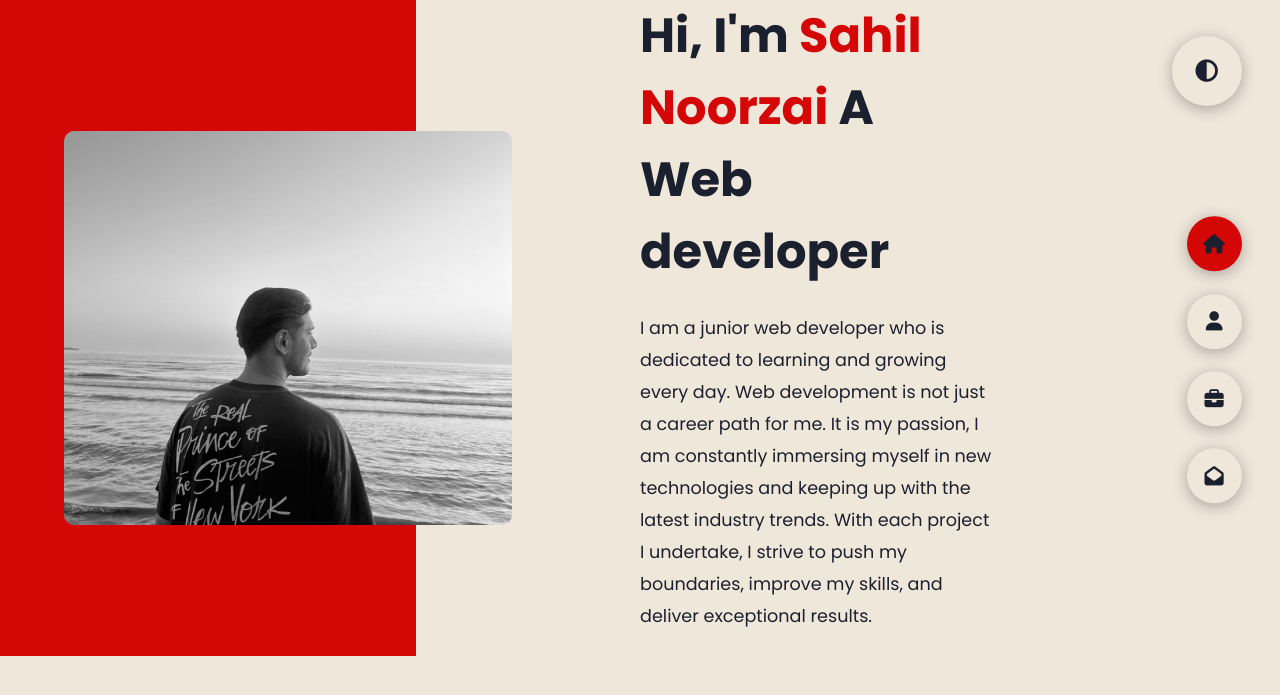
Repository: nftGambler/noorzai-portfolio
Page: index.html
The author's editor kept a copy of each file at every save. The page is drawn from the files as they stood at one save, then again after the next save.
The browser window is 1280 px wide. The pictures show the whole page.
After loading, the first visible `div.theme-btn` was clicked once.
The style sheet was rebuilt from its Sass, Less or Tailwind sources for each picture, by a compiler version that may differ from the author's.

Above is the page before, as saved 2023-11-23 21:37:01.

### index.html
<!DOCTYPE html>
<html lang="en">
<head>



  <link rel="stylesheet" href="https://cdnjs.cloudflare.com/ajax/libs/font-awesome/6.4.0/css/all.min.css" integrity="sha512-iecdLmaskl7CVkqkXNQ/ZH/XLlvWZOJyj7Yy7tcenmpD1ypASozpmT/E0iPtmFIB46ZmdtAc9eNBvH0H/ZpiBw==" crossorigin="anonymous" referrerpolicy="no-referrer">
  <link rel="stylesheet" href="/style/styles.css">
  <link rel="preconnect" href="https://fonts.googleapis.com">
  <link rel="preconnect" href="https://fonts.gstatic.com" crossorigin>
  <link href="https://fonts.googleapis.com/css2?family=Poppins:wght@400;500;600;700;800&display=swap" rel="stylesheet">
  <meta charset="UTF-8">
  <meta http-equiv="X-UA-Compatible" content="IE=edge">
  <meta name="viewport" content="width=device-width, initial-scale=1.0">
  <title>Portfolio</title>
</head>
<body class="main-content">

<header class="section sec1 header active" id="home">
  <div class="header-content">
    <div class="left-header">
      <div class="h-shape"></div>
      <div class="image">
        <img src="/images/D34CA683-6714-454B-97C2-18B314A18C3F_1_105_c.jpeg">
      </div>


    </div>
    <div class="right-header">
  <h1 class="name">Hi, I'm <span>Sahil Noorzai</span> A Web developer</h1>
  <p>
    I am a junior web developer who is dedicated to learning and growing
    every day. Web development is not just a career path for me. It is my passion, I am constantly
    immersing myself in new technologies and keeping up with the latest industry trends.
    With each project I undertake, I strive to push my boundaries, improve my skills, and deliver exceptional results.
  </p>

    </div>
  </div>

</header>

<main>
  <section class="section sec2 about" id="about">

    <div class="main-title">
        <h2>About <span>me</span> <span class="bg-text"></span></h2>
    </div>

    <div class="about-container">
      <div class="left-about">
        <h4>Information About me</h4>
        <p>
          As a passionate front-end developer, I have embarked on an inspiring self-taught
          journey for the past 1.5 years. Motivated by deep curiosity for web development and a desire
          to expand my skillset, I have dedicated countless hours to honing my craft independently. Throughout this time,
          I have proactively sought out a diverse range of resources, online tutorials, and coding communities, which have played
          a pivotal role in shaping my expertise. From humble beginnings to successfully completing numerouse personal projects, each step
          of this transformative journey has reinforced my adaptabillity, resourcefulness, and unwavering commitment to excellence in front-end development.
        </p>

        <div class="btn-con">

        </div>

      </div>

      <div class="right-about">
        <div class="about-item">
          <div class="abt-text">
            <p class="large-text">Javascript</p>

          </div>
        </div>
        <div class="about-item">
          <div class="abt-text">
            <p class="large-text">React JS</p>

          </div>
        </div>
        <div class="about-item">
          <div class="abt-text">
            <p class="large-text">HTML/HTML5</p>

          </div>
        </div>
        <div class="about-item">
          <div class="abt-text">
            <p class="large-text">CSS/Tailwind-CSS</p>

          </div>
        </div>
      </div>

    </div>

    <div class="about-stats">
      <h4 class="stat-title">My Skills</h4>
  </section>


  <section class="section sec3 portfolio" id="portfolio">

  <div class="main-title">
      <h2>My <span>Portfolio</span><span class="bg-text"></span></h2>
  </div>
  <p class="port-text">
    Several hands-on projects from reputable online courses and tutorials.
  </p>

<div class="portfolios">



  <div class="portfolio-item">
    <div class="image">
      <img src="/images/pngwing.com-3.png" alt="">
    </div>
    <div class="hover-items">

      <h3>Project Source</h3>
      <div class="icons">
        <a class="icon" href="https://countriesrestapiproject.netlify.app" target="_blank">
          <i class="fab fa-github"></i>
        </a>
      </div>

    </div>


  </div>


  <div class="portfolio-item">
    <div class="image">
      <img src="/images/crypto.png" alt="">
    </div>
    <div class="hover-items">

      <h3>Project Source</h3>
      <div class="icons">
        <a class="icon" href="https://crypto-project-portfolio.netlify.app" target="_blank">
          <i class="fab fa-github"></i>
        </a>
      </div>

    </div>


  </div>





  <div class="portfolio-item">
    <div class="image">
      <img src="/images/6831872.png" alt="">
    </div>
    <div class="hover-items">

      <h3>Project Source</h3>
      <div class="icons">
        <a class="icon" href="https://nftgambler.github.io/Game/" target="_blank">
          <i class="fab fa-github"></i>
        </a>
      </div>

    </div>


  </div>


  <div class="portfolio-item">
    <div class="image">
      <img src="/images/pngwing.com (1).png" alt="">
    </div>
    <div class="hover-items">

      <h3>Project Source</h3>
      <div class="icons">
        <a class="icon" href="https://amazon-portfolio-project.netlify.app/" target="_blank">
          <i class="fab fa-github"></i>
        </a>
      </div>

    </div>


  </div>


  <div class="portfolio-item">
    <div class="image">
      <img src="/images/youtube-logo-png-2067.png" alt="">
    </div>
    <div class="hover-items">

      <h3>Project Source</h3>
      <div class="icons">
        <a class="icon" href="https://youtube-portfolio-project.netlify.app" target="_blank">
          <i class="fab fa-github"></i>
        </a>
      </div>

    </div>


  </div>




  <div class="portfolio-item">
    <div class="image">
      <img src="/images/icons8-pair-app-500.png" alt="">
    </div>
    <div class="hover-items">

      <h3>Project Source</h3>
      <div class="icons">
        <a class="icon" href="https://small-api-project.netlify.app" target="_blank">
          <i class="fab fa-github"></i>
        </a>
      </div>

    </div>


  </div>
</div>


  </section>


  <section class="section sec5 contacts" id="contact">

    <div class="contact-container">
      <div class="main-title">
        <h2>Contact<span>Me</span><span class="bg-text"></span></h2>
      </div>
      <div class="contact-content-container">
        <div class="left-contact">

          <div class="contact-info">
            <div class="contact-item">
              <div class="icon">
                <i class="fas fa-envelope"></i>
                <span>Email</span>
              </div>
              <p>
                <span>sharo.s.n@hotmail.com</span>
              </p>
            </div>

            <div class="contact-item">
              <div class="icon">
                <i class="fas fa-user-graduate"></i>
                <span>Mobile Number</span>
              </div>
              <p>
                <span>438-528-6982</span>
              </p>
            </div>


            <div class="contact-item">
              <div class="icon">
                <i class="fas fa-map-marker-alt"></i>
                <span>Location</span>
              </div>
              <p>
                <span>
                  Montreal, Canada
                </span>
              </p>
            </div>


            <div class="contact-item">
              <div class="icon">
                <i class="fa-solid fa-globe"></i>
                <span>Languages</span>
              </div>
              <p>
                <span>
                  German, Persian, English
                </span>
              </p>
            </div>
          </div>



        </div>



          <div class="right-contact">

            <form action="mailto:sharo.s.n@hotmail.com" method="post" enctype="text/plain">
              <div class="form-group">
                <label for="name">Name:</label>
                <input class="input-control" type="text" id="name" name="name" required>
              </div>
              <div class="form-group">
                <label for="email">Email:</label>
                <input class="input-control" type="email" id="email" name="email" required>
              </div>
              <div class="form-group">
                <label for="message">Message:</label>
                <textarea class="input-control" id="message" name="message" rows="4" required></textarea>
              </div>
              <button class="submit-btn" type="submit">Send</button>
            </form>
          </div>




      </div>

    </div>

  </section>


</main>


<div class="controlls">
  <div class="control control-1 active-btn" data-id="home">
    <i class="fas fa-house"></i>
  </div>
  <div class="control control-2" data-id="about">
    <i class="fas fa-user"></i>
  </div>
  <div class="control control-3" data-id="portfolio">
    <i class="fas fa-briefcase"></i>
  </div>
  <div class="control control-5" data-id="contact">
    <i class="fas fa-envelope-open"></i>
  </div>
</div>

<div class="theme-btn">
  <i class="fas fa-adjust"></i>
</div>




<script src="/app.js"></script>
</body>
</html>

### app.js
const sections = document.querySelectorAll(".section");
const sectBtns = document.querySelectorAll(".controlls");
const allSections = document.querySelectorAll(".main-content");

function PageTransition() {
  // Button click active class
  const sectBtn = document.querySelectorAll(".control");

  for (let i = 0; i < sectBtn.length; i++) {
    sectBtn[i].addEventListener('click', function(){
      let currentBtn = document.querySelector('.active-btn');
      if (currentBtn) {
        currentBtn.classList.remove('active-btn');
      }
      this.classList.add('active-btn');
    });

  }

  allSections.forEach((section) => {
    section.addEventListener('click', (e) => {
      const id = e.target.dataset.id;
      if (id) {
        sectBtns.forEach((btn) => {
          btn.classList.remove('active');
        });
        e.target.classList.add('active');

        sections.forEach((section) => {
          section.classList.remove('active');
        });
        const element = document.getElementById(id);
        element.classList.add('active');
      }
    });
  });
  //Toggle theme
  const themeBtn = document.querySelector('.theme-btn');
  themeBtn.addEventListener('click', () => {
    let element = document.body;
    element.classList.toggle('light-mode')
  })
}

PageTransition();

### style/styles.scss


* {
  margin: 0;
  padding: 0;
  box-sizing: border-box;
  list-style: none;
}


:root {
  --color-primary: #191d2d;
  --color-secondary: #d50606;
  --color-white: #FFFFFF;
  --color-black: #000;
  --color-grey0: #f8f8f8;
  --color-grey-1: #dbe1e8;
  --color-grey-2: #b2becd;
  --color-grey-3: #6c7983;
  --color-grey-4: #454e56;
  --color-grey-5: #2a2e35;
  --color-grey-6: #12181b;
  --br-sm-2: 14px;
  --box-shadow-1: 0 3px 15px rgba(0,0,0,.3)
}

.light-mode{
  --color-primary: rgb(240,231,219);
  --color-secondary: #d50606;
  --color-white: rgb(27,32,47);
  --color-black: #000;
  --color-grey0: #f8f8f8;
  --color-grey-1:rgb(27,32,47);
  --color-grey-2: rgb(27,32,47);
  --color-grey-3: rgb(27,32,47);
  --color-grey-4: rgb(240,231,219);
  --color-grey-5:  rgb(240,231,219);
  --color-grey-6: #12181b;
}



body {
  background-color: var(--color-primary);
  font-size: 1.1rem;
  font-family: 'Poppins', sans-serif;
  color: var(--color-white);
  transition: all .4s ease-in-out;
}

a{
  display: inline-block;
  text-decoration: none;
  color: inherit;
  font-family: inherit;
}

header {
  min-height: 100vh;
  color: var(--color-white);
  overflow: hidden;
}

section {
  min-height: 100vh;
  width: 100%;
  position: absolute;
  left: 0;
  top: 0;
  padding: 3rem 18rem;
}


.section{
  transform: translateY(-100);
  transition: all .4s ease-in-out;
  background-color: var(--color-primary);
}

.sec1{
  display: none;
  transform: translateY(0) scale(1);

}

.sec2{
  display: none;
  transform: translateY(0) scale(1);
}

.sec3{
  display: none;
  transform: translateY(0) scale(1);
}

.sec4{
  display: none;
  transform: translateY(0) scale(1);
}

.sec5{
  display: none;
  transform: translateY(0) scale(1);
}

.active{
  display: block;
  animation: scaleAnim 1s ease-in-out;
  @keyframes scaleAnim {
    0%{
      transform: translateY(-100%) scale(0)
    }

     100%{
      transform: translateY(0) scaleY(1);
     }

  }
}


//controls

.controlls{
  position: fixed;
  z-index: 10;
  top: 50%;
  right: 3%;
  display: flex;
  flex-direction: column;
  align-items: center;
  justify-content: center;
  transform: translateY(-50%);



  .active-btn{
    background-color: var(--color-secondary) !important;
    transition: all .4s ease-in-out;
    i{
      color: var(--color-white) !important;
    }
  }

  .control {
    padding: 1rem;
    cursor: pointer;
    background-color: var(--color-grey-4);
    width: 55px;
    height: 55px;
    border-radius: 50%;
    display: flex;
    justify-content: center;
    align-items: center;
    margin: .7rem 0;
    box-shadow: var(--box-shadow-1);
    i{
      font-size: 1.2rem;
      color: var(--color-grey-2);
      pointer-events: none;
    }
  }
}


.theme-btn{
top: 5%;
right: 3%;
width: 70px;
height: 70px;
border-radius: 50%;
background-color: var(--color-grey-4);
cursor: pointer;
position: fixed;
display: flex;
justify-content: center;
align-items: center;
box-shadow: 0 3px 15px rgba(0,0,0,.3);
transition: all .1s ease-in-out;
&:active{
  transform: translateY(-5px);
}
i{
  font-size: 1.4rem;
  color: var(--color-grey-2);
  pointer-events: none;
}
}




.header-content {
  display: grid;
  grid-template-columns: repeat(2, 1fr);
  min-height: 100%;
  .left-header {
    display: flex;
    align-items: center;
    position: relative;
    .h-shape {
      transition: all .4s ease-in-out;
      width: 65%;
      height: 100%;
      background-color: var(--color-secondary);
      position: absolute;
      left: 0;
      top: 0;
      z-index: -1;
      // clip-path: polygon(0 0, 56% 0, 76% 100%, 18% 100%);


    }
    .image {
      border: var(--br-sm-2);
      height: 60%;
      width: 70%;
      margin-left: 4rem;
      // background-color: var(--color-black);
      transition: all .4s ease-in-out;
      border-radius: 10px;
      img {
        width: 100%;
        height: 100%;
        object-fit: cover;
        transition: all .4s ease-in-out;
        border-radius: 10px;


        filter: grayscale(100%);
        &:hover {
          filter: grayscale(0);
        }
      }
    }
  }


  .right-header {
    display: flex;
    flex-direction: column;
    justify-content: center;
    padding-right: 18rem;
    .name {
      font-size: 3rem;

      span{
        color: var(--color-secondary);
      }
    }
    p{
      margin: 1.5rem 0;
      line-height: 2rem;
    }
  }
}



//About

.about-container{
  display: grid;
  grid-template-columns: repeat(2, 1fr);
  padding-top: 3.5rem;
  padding-bottom: 5rem;
  .right-about {
    display: grid;
    grid-template-columns: repeat(2, 1fr);
    grid-gap: 2rem;
    .about-item {
      border: 1px solid var(--color-grey-5);
      border-radius: 5px;
      transition: all .4s ease-in-out;
      box-shadow: 1px 2px 15px rgba(0,0,0,.1);
      &:hover {
        cursor: default;
        transform: translateY(-5px);
        border: 1px solid var(--color-secondary);
        box-shadow: 1px 2px 15px rgba(0,0,0,.32);

      }
      .abt-text{
        padding: 1.5rem;
        display: flex;
        flex-direction: column;
        .large-text{
          margin: auto;
          font-size: 2.5rem;
          font-weight: 700;
          color: var(--color-secondary);
        }
        .small-text{
          padding-left: 3rem;
          position: relative;
          text-transform: uppercase;
          font-size: 1.2rem;
          color: var(--color-grey-1);
          letter-spacing: 2px;
          &::before{
            content: '';
            position: absolute;
            left: 0;
            top: 15px;
            width: 2rem;
            height: 2px;
            background-color: var(--color-grey-5);
          }
        }
      }
    }
  }


  .left-about{
    padding-right: 5rem;
    p{
      line-height: 2rem;
      padding: 1rem;
      color: var(--color-grey-1);
    }
    h4{
      font-size: 2rem;
      text-transform: uppercase;
    }
  }
}


.stat-title {
  text-transform: uppercase;
  font-size: 1.4rem;
  text-align: center;
  padding: 3.5rem 0;
  position: relative;
  // gray line
  &::before{
    content: '';
    position: absolute;
    left: 50%;
    top: 0;
    width: 40%;
    height: 1px;
    background-color: var(--color-grey-5);
    transform: translateX(-50%);
  }
}







//Contact section

.contact-content-container {

  display: flex;
  padding-top: 3.5rem;
  flex-direction: column;
  .left-contact {
    flex: 2;
    h4{
      margin-top: 1rem;
      font-size: 2rem;
      text-transform: uppercase;
    }
    p {
      margin: 1rem 0;
      line-height: 2rem;
    }

    .contact-info{
      .contact-item{
        display: flex;
        align-items: center;
        justify-content: space-between;


        p{
          margin: .3rem 0 !important;
          padding: 0 !important;
        }
        .icon{
          display: grid;
          grid-template-columns: 40px 1fr;
          i{
            display: flex;
            align-items: center;
            font-size: 1.3rem;
          }
        }
      }
    }
    .contact-icon{
      display: flex;
      margin: 2rem;

    }
  }

  .right-contact {
    display: flex;
    flex-direction: column;
    max-width: 500px;
    margin-top: 10rem;


    .input-control {

      background-color: var(--color-grey-5);
      border: none;
      border-radius: 30px;
      font-weight: inherit;
      font-size: inherit;
      font-family: inherit;
      padding: .8rem 1.1rem;
      outline: none;
      width: 100%;
      color: var(--color-white);
      resize: none;
    }
  }

  .submit-btn{

        display: flex;
        justify-content: flex-start;
        padding: .4rem 2rem;
        border-radius: 20px;
        border: none;
        background-color: var(--color-grey-5);
        color: white;
      }



}









/*Independent components*/
.btn-con{
  display: flex;
  align-self: flex-start;
}
.main-btn {
  border-radius: 30px;
  color: inherit;
  font-weight: 600;
  position: relative;
  border: 1px solid var(--color-secondary);
  display: flex;
  align-self: flex-start;
  align-items: center;
  overflow: hidden;
  .btn-text {
    padding: 0 2rem;
  }
  .btn-icon{
    background-color: var(--color-secondary);

    display: flex;
    align-items: center;
    justify-self: center;
    border-radius: 50%;
    padding: 1rem;
  }


  .submit-button{
    background-color: transparent;
    color: white;
    border: none;
  }

  &::before{
    content: '';
    position: absolute;
    top: 0;
    right: 0;
    transform: translateX(100%);
    transition: all .4s ease-in-out;
    z-index: -1;
  }

  &:hover{
    &::before{
      width: 100%;
      height: 100%;
      background-color: var(--color-secondary);
      transform: translateX(0);
    }
  }
}


.main-title {
  text-align: center;
  h2{
    position: relative;
    text-transform: uppercase;
    font-size: 4rem;
    font-weight: 700;

    span{
      color: var(--color-secondary);
    }

    .bg-text{
      position: absolute;
      top: 50%;
      left: 50%;
      color: var(--color-grey-5);
      transition: all .4s ease-in-out;
      z-index: -1;
      transform: translate(-50%, -50%);
      font-weight: 800;
      font-size: 6.3rem;
    }

  }
}




.port-text{
  padding: 2rem 0;
  text-align: center;
  color: var(--color-grey-3);
}

.portfolios{
  display: grid;
  grid-template-columns: repeat(3, 1fr);
  grid-gap: 2rem;
  margin-top: 3rem;
  .portfolio-item{
    position: relative;
    img{
      width: 80%;
      height: 100%;
      object-fit: cover;
    }
    .hover-items{
      width: 100%;
      height: 100%;
      background-color: var(--color-secondary);
      position:absolute;
      left: 0;
      top: 0;
      border-radius: 15px;
      display: flex;
      justify-content: center;
      align-items: center;
      flex-direction: column;
      //to change the background to default
      opacity: 0;
      transform: scale(0);
      transition: all .4s ease-in-out;
      h3{
        font-size: 1rem;
        margin-bottom: 1rem;
        color: var(--color-white);
      }
      .icons {
        display: flex;
        justify-content: center;
        align-items: center;
        .icon{
          background-color: var(--color-primary);
          border-radius: 50%;
          width: 50px;
          height: 50px;
          display: flex;
          align-items: center;
          justify-content: center;
          margin: 0 1rem;
          cursor: pointer;
          transition: all .4s ease-in-out;

          i{
            font-size: 1rem;
            color: var(--color-white);
            margin: 0 1rem;
          }
          &:hover {
            background-color: var(--color-white);
            i{
              color: var(--color-primary);
            }
          }
        }


      }
    }
  }
}


.portfolio-item:hover .hover-items{
  opacity: 1;
  transform: scale(1);
}

@import './media';

### style/_media.scss

@media screen and (max-width: 600px) {

  .about-container{


    .right-about{
      padding-top: 2.5rem;
      grid-template-columns: 1fr;
    }

    .left-about{
      padding-right: 0;
      p{
        padding-left: 0;

      }
    }
  }

}

@media screen and (max-width: 900px){
  header{
    padding: 0;
  }
  header .right-header{
    padding: 2rem !important;
  }

.theme-btn{
  width: 50px;
  height: 50px;
}

.header-content {
  grid-template-columns: 1fr;
  padding-bottom: 6rem;
}

.left-header{
  .h-shape{
    display: none;
  }
}

.right-header{
  grid-row: 1;
  width: 90%;
  margin: 0 auto;
  .name{
    font-size: 2.5rem !important;
  }
}

.header-content .left-header .image {
  margin: 0 auto;
  width: 90%;
  height: 100%;
}

.about-container{
  grid-template-columns: 1fr;
  .right-about{
    padding-top: 2.5rem;
  }

  .left-about{
    padding-right: 0;
    p{
      padding-left: 0;
    }
  }
}

.about-stats{
  .progress-bars{
    grid-template-columns: 1fr;
  }
}

.portfolios{
  grid-template-columns: 1fr 1fr;
  padding-bottom: 2rem;

}


.contact-content-container{

  flex-direction: column;
  .right-contact{
    margin-left: 0;
    margin-top: 2.5rem;
  }
}


.section{
  padding: 2rem 2.5rem !important;
}

.main-title{
  h2{
    font-size: 2rem;
    span{
      font-size: 1.5rem;
    }
    .bg-text{
      font-size: 3rem;
    }
  }
}


  .controlls{
    top: auto;
    bottom: 0;
    flex-direction: row;
    justify-content: center;
    left: 50%;
    transform: translateX(-50%);
    width: 100%;
    background-color: var(--color-grey-5);
    .control{
      margin: 1rem .3rem;
    }
  }
}





@media screen and (max-width: 1900px){

  .about-container{
    grid-template-columns: 1fr;
    .right-about{
      padding-top: 2.5rem;

    }

    .left-about{
      padding-right: 0;
      p{
        padding-left: 0;
      }
    }
  }

  .about-stats{
    .progress-bars{
      grid-template-columns: 1fr;
    }
  }



  .main-title{
    h2{
      font-size: 1rem;

      span{
        font-size: 2rem;
      }
      .bg-text{
        display: none;
      }
    }
  }



.contact-content-container{
  flex-direction: column;

  .right-contact{
    margin-left: 0;
    margin-top: 2.5rem;

  }
}

}

After the next save:
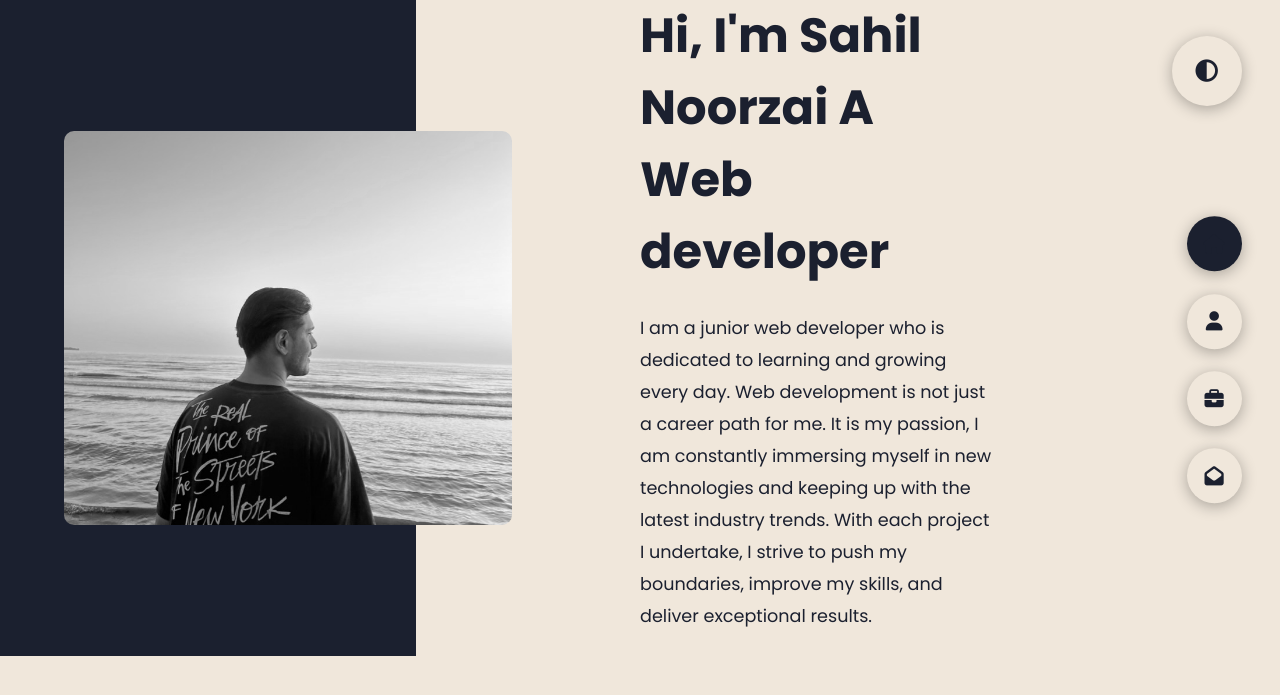
Saved 44 s later.
--- a/style/styles.scss
+++ b/style/styles.scss
@@ -26,7 +26,7 @@
 
 .light-mode{
   --color-primary: rgb(240,231,219);
-  --color-secondary: #d50606;
+  --color-secondary: rgb(27,32,47);
   --color-white: rgb(27,32,47);
   --color-black: #000;
   --color-grey0: #f8f8f8;
